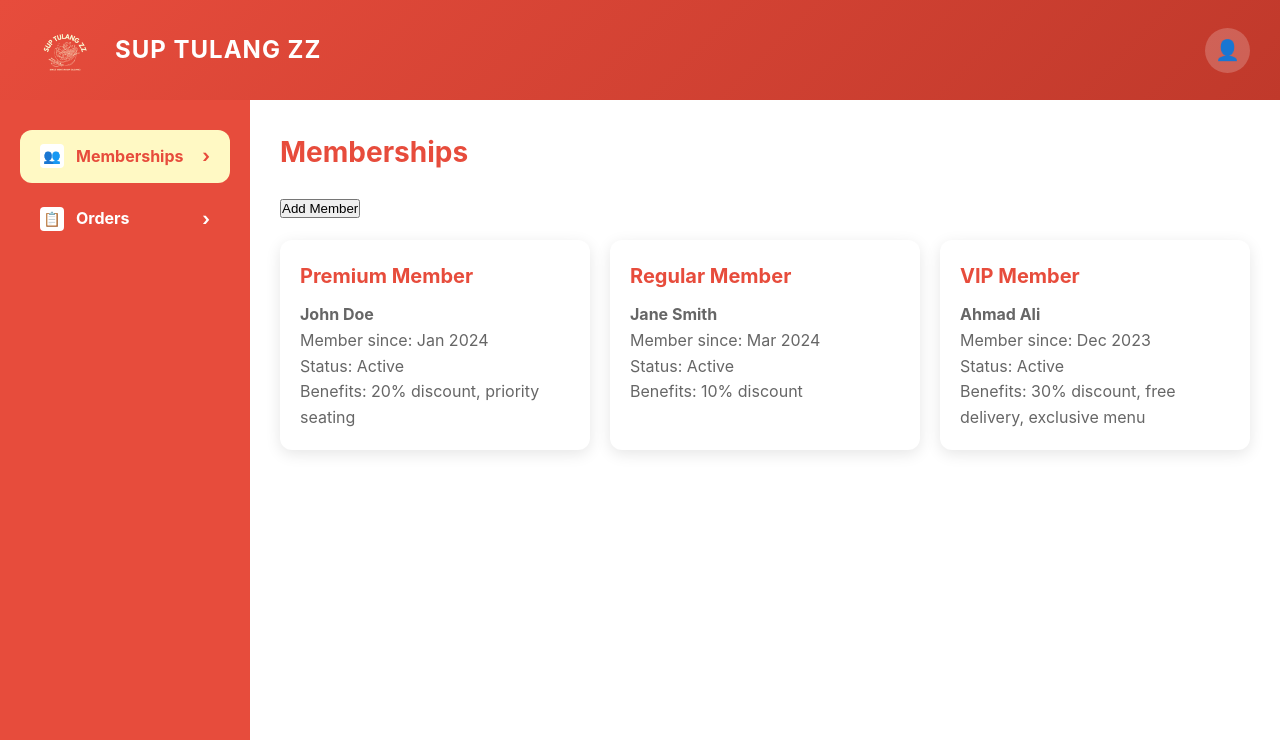
Repository: YIsheng2002/web-frontend
Page: view/Staff/dashboardstaff.html
These files come from the project's save history. The page is drawn as it stood at one moment and after the next save; the edit follows.
The browser window is 1280 px wide. The pictures show the whole page.

Above is the page before, as saved 2025-06-12 14:57:19.

### view/Staff/dashboardstaff.html
<!DOCTYPE html>
<html lang="en">

<head>
    <meta charset="UTF-8">
    <meta name="viewport" content="width=device-width, initial-scale=1.0">
    <title>SUP TULANG ZZ</title>
    <link rel="stylesheet" href="../Staff/assets/css/main.css">
    <link rel="stylesheet" href="../../assets/css/main.css">
    <link rel="stylesheet" href="./assets/css/dashboardStaff.css">
    <script src="./assets/javascript/dashboardStaff.js"></script>

</head>

<body>
    <!-- Header -->
    <header class="header">
        <div class="logo-section">
            <img src="../../assets/images/logo.png" alt="Logo" class="logo">
            <h1 class="brand-name">SUP TULANG ZZ</h1>
        </div>

        <div class="user-menu">
            <div class="user-avatar" onclick="toggleDropdown()">
                👤
            </div>
            <div class="dropdown-menu" id="userDropdown">
                <a href="#" class="dropdown-item" onclick="showProfile()">
                    👤 Profile
                </a>
                <a href="#" class="dropdown-item" onclick="showSettings()">
                    ⚙️ Settings
                </a>
                <a href="#" class="dropdown-item" onclick="showOrders()">
                    📋 Orders
                </a>
                <a href="#" class="dropdown-item" onclick="showReports()">
                    📊 Reports
                </a>
                <hr style="margin: 8px 0; border: none; border-top: 1px solid #eee;">
                <a href="#" class="dropdown-item danger" onclick="logout()">
                    🚪 Logout
                </a>
            </div>
        </div>
    </header>

    <div class =" dashboard-container">
         <!-- Sidebar -->
        <div class="sidebar">
            <ul class="sidebar-menu">
                <li class="sidebar-item">
                    <a href="#" class="sidebar-link active" onclick="showMembership(event)">
                        <div class="sidebar-icon">👥</div>
                        <span class="sidebar-text">Memberships</span>
                        <span class="sidebar-arrow">›</span>
                    </a>
                </li>
                <li class="sidebar-item">
                    <a href="#" class="sidebar-link" onclick="showOrders(event)">
                        <div class="sidebar-icon">📋</div>
                        <span class="sidebar-text">Orders</span>
                        <span class="sidebar-arrow">›</span>
                    </a>
                </li>
            </ul>
        </div>
        <!-- Main Content -->
        <div class="main-content active" id="membership">
            <h3>Memberships</h3>
            <button class="add-member-btn" onclick="addMember()">Add Member</button>

            <div class="membership-cards">
                <div class="membership-card">
                    <div class="membership-title">Premium Member</div>
                    <div class="membership-details">
                        <p><strong>John Doe</strong></p>
                        <p>Member since: Jan 2024</p>
                        <p>Status: Active</p>
                        <p>Benefits: 20% discount, priority seating</p>
                    </div>
                </div>
                <div class="membership-card">
                    <div class="membership-title">Regular Member</div>
                    <div class="membership-details">
                        <p><strong>Jane Smith</strong></p>
                        <p>Member since: Mar 2024</p>
                        <p>Status: Active</p>
                        <p>Benefits: 10% discount</p>
                    </div>
                </div>
                <div class="membership-card">
                    <div class="membership-title">VIP Member</div>
                    <div class="membership-details">
                        <p><strong>Ahmad Ali</strong></p>
                        <p>Member since: Dec 2023</p>
                        <p>Status: Active</p>
                        <p>Benefits: 30% discount, free delivery, exclusive menu</p>
                    </div>
                </div>
            </div>
        </div>
         <div class="main-content" id="orders">
            <h3>Orders</h3>
            <div class="order-list">
                <div class="order-item">
                    <span class="order-id">Order #12345</span>
                    <span class="order-status pending">Pending</span>
                </div>
                <div class="order-item">
                    <span class="order-id">Order #12346</span>
                    <span class="order-status completed">Completed</span>
                </div>
                <div class="order-item">
                    <span class="order-id">Order #12347</span>
                    <span class="order-status pending">Pending</span>
                </div>
                <div class="order-item">
                    <span class="order-id">Order #12348</span>
                    <span class="order-status cancelled">Cancelled</span>
                </div>
            </div>
        </div>

</body>

</html>

### view/Staff/assets/css/main.css
* {
    margin: 0;
    padding: 0;
    box-sizing: border-box;
}

body {
    font-family: -apple-system, BlinkMacSystemFont, 'Segoe UI', Roboto, sans-serif;
    line-height: 1.6;
    color: #333;
    background-color: #f5f5f5;
}

.btn-primary {
    background: linear-gradient(135deg, #667eea 0%, #764ba2 100%);
    color: white;
    border: none;
    padding: 12px 24px;
    border-radius: 8px;
    font-size: 16px;
    font-weight: 600;
    cursor: pointer;
    transition: all 0.3s ease;
    width: 100%;
}

.btn-primary:hover {
    transform: translateY(-2px);
    box-shadow: 0 8px 25px rgba(102, 126, 234, 0.3);
}

.btn-primary:active {
    transform: translateY(0);
}

### assets/css/main.css
:root{
    --primary-color: #DE4345;
    --secondary-color: #F8FAD4;
    --white-color: #FFFFFF;
    --header-font-color: #212121;
    --header6-font-color: #424242;
    --light-red: #FF7877;
}

* {
    margin: 0;
    padding: 0;
    box-sizing: border-box;
}

body {
    font-family: -apple-system, BlinkMacSystemFont, 'Segoe UI', Roboto, sans-serif;
    line-height: 1.6;
    color: var(--header6-font-color);
    background-color: #f5f5f5;
}

.btn-primary {
    background: linear-gradient(135deg, var(--primary-color) 0%, var(--light-red) 100%);
    color: white;
    border: none;
    padding: 12px 24px;
    border-radius: 8px;
    font-size: 16px;
    font-weight: 600;
    cursor: pointer;
    transition: all 0.3s ease;
    width: 100%;
}

.btn-primary:hover {
    transform: translateY(-5px);
    box-shadow: 0 8px 25px rgba(253, 114, 92, 0.22);
}

.btn-primary:active {
    transform: translateY(0);
}

/* Header Styles */
.header {
    background: linear-gradient(135deg, #e74c3c, #c0392b);
    color: white;
    padding: 15px 30px;
    display: flex;
    justify-content: space-between;
    align-items: center;
    box-shadow: 0 2px 10px rgba(0,0,0,0.1);
}

.logo-section {
    display: flex;
    align-items: center;
    gap: 15px;
}

.logo {
    width: 70px;
    height: 70px;
    display: flex;
    align-items: center;
    justify-content: center;
    font-weight: bold;
    font-size: 18px;
}

.brand-name {
    font-size: 28px;
    font-weight: bold;
    letter-spacing: 1px;
}

### view/Staff/assets/css/dashboardStaff.css
/* Reset and Base Styles - Using your main.css */


.brand-name {
    color: white;
    font-size: 24px;
    font-weight: bold;
}

/* User Menu */
.user-menu {
    position: relative;
}

.user-avatar {
    width: 45px;
    height: 45px;
    background: rgba(255, 255, 255, 0.2);
    border-radius: 50%;
    display: flex;
    align-items: center;
    justify-content: center;
    cursor: pointer;
    transition: all 0.3s ease;
    font-size: 20px;
    color: white;
}

.user-avatar:hover {
    background: rgba(255, 255, 255, 0.3);
    transform: scale(1.05);
}

.dropdown-menu {
    position: absolute;
    top: 100%;
    right: 0;
    background: white;
    border-radius: 12px;
    box-shadow: 0 10px 30px rgba(0, 0, 0, 0.15);
    padding: 12px 0;
    min-width: 180px;
    opacity: 0;
    visibility: hidden;
    transform: translateY(-10px);
    transition: all 0.3s ease;
    z-index: 1000;
    margin-top: 10px;
}

.dropdown-menu.show {
    opacity: 1;
    visibility: visible;
    transform: translateY(0);
}

.dropdown-item {
    display: block;
    padding: 12px 20px;
    color: #333;
    text-decoration: none;
    transition: background 0.3s ease;
    display: flex;
    align-items: center;
    gap: 10px;
}

.dropdown-item:hover {
    background: #f8f9fa;
}

.dropdown-item.danger:hover {
    background: #fee;
    color: #e74c3c;
}


/* Main Layout */
.dashboard-container {
    display: flex;
    height: calc(100vh - 80px);
}

/* Sidebar */
.sidebar {
    width: 250px;
    background-color: #e74c3c;
    padding: 20px 0;
}

.sidebar-menu {
    list-style: none;
    padding: 0;
    margin: 0;
}

.sidebar-item {
    margin: 10px 0;
    padding: 0 20px;
}

.sidebar-link {
    display: flex;
    align-items: center;
    justify-content: space-between;
    text-decoration: none;
    padding: 12px 20px;
    font-size: 16px;
    font-weight: bold;
    border-radius: 12px;
    transition: all 0.3s ease;
    color: #fff;
    background-color: transparent;
}

.sidebar-link:hover {
    background-color: rgba(255, 255, 255, 0.1);
}

.sidebar-link.active {
    background-color: #fff9c4;
    color: #e74c3c;
}

.sidebar-icon {
    width: 24px;
    height: 24px;
    margin-right: 12px;
    background: #fff;
    border-radius: 4px;
    display: flex;
    align-items: center;
    justify-content: center;
    font-size: 14px;
}

.sidebar-text {
    flex-grow: 1;
}

.sidebar-arrow {
    font-size: 18px;
    margin-left: 12px;
}

/* Main Content */
.main-content {
    flex: 1;
    padding: 30px;
    background: white;
    overflow-y: auto;
    display: none;
}

.main-content.active {
    display: block;
}

.main-content h3 {
    color: #e74c3c;
    margin-bottom: 20px;
    font-size: 28px;
}

/* Membership Content */
.membership-cards {
    display: grid;
    grid-template-columns: repeat(auto-fit, minmax(300px, 1fr));
    gap: 20px;
    margin-top: 20px;
}

.membership-card {
    background: white;
    border-radius: 12px;
    padding: 20px;
    box-shadow: 0 4px 15px rgba(0, 0, 0, 0.1);
    transition: transform 0.3s ease;
}

.membership-card:hover {
    transform: translateY(-5px);
}

.membership-title {
    font-size: 20px;
    font-weight: bold;
    color: #e74c3c;
    margin-bottom: 10px;
}

.membership-details {
    color: #666;
    line-height: 1.6;
}

/* Orders Content */
.order-list {
    margin-top: 20px;
}

.order-item {
    background: white;
    border-radius: 12px;
    padding: 20px;
    margin-bottom: 15px;
    box-shadow: 0 4px 15px rgba(0, 0, 0, 0.1);
    display: flex;
    justify-content: space-between;
    align-items: center;
    transition: transform 0.3s ease;
}

.order-item:hover {
    transform: translateY(-2px);
}

.order-id {
    font-weight: bold;
    color: #333;
}

.order-status {
    padding: 8px 16px;
    border-radius: 20px;
    font-size: 14px;
    font-weight: bold;
}

.order-status.pending {
    background: #fff3cd;
    color: #856404;
}

.order-status.completed {
    background: #d4edda;
    color: #155724;
}

.order-status.cancelled {
    background: #f8d7da;
    color: #721c24;
}

.add-membership-btn {
    background-color: #e74c3c;
    color:white;
    padding: 10px 20px;
    border: none;
    border-radius: 8px;
    font-size: 14px;
    font-weight: bold;
    cursor: pointer;
    transition: background-color 0.3s ease;
    float: right; /* This makes it right-aligned */
    margin-bottom: 20px;

}
.add-membership-btn:hover {
    background-color: #cf4436; /* slightly darker on hover */
}

.add-membership-btn:active {
    transform: translateY(1px);
}

/* Responsive Design */
@media (max-width: 768px) {
    .dashboard-container {
        flex-direction: column;
    }

    .sidebar {
        width: 100%;
        height: auto;
        padding: 10px 0;
    }

    .sidebar-menu {
        display: flex;
        overflow-x: auto;
    }

    .sidebar-item {
        flex: 0 0 auto;
        margin: 0 5px;
    }

    .main-content {
        padding: 20px;
    }

    .membership-cards {
        grid-template-columns: 1fr;
    }
}

### view/Staff/assets/javascript/dashboardStaff.js
// Dropdown functionality
function toggleDropdown() {
    const dropdown = document.getElementById('userDropdown');
    dropdown.classList.toggle('show');
}

// Close dropdown when clicking outside
document.addEventListener('click', function (event) {
    const userMenu = document.querySelector('.user-menu');
    const dropdown = document.getElementById('userDropdown');

    if (!userMenu.contains(event.target)) {
        dropdown.classList.remove('show');
    }
});

// Page navigation
function showPage(pageId, clickedElement) {
    // Hide all pages
    document.querySelectorAll('.main-content').forEach(page => {
        page.classList.remove('active');
    });

    // Show selected page
    const targetPage = document.getElementById(pageId);
    if (targetPage) {
        targetPage.classList.add('active');
    }

    // Remove active class from all sidebar links
    document.querySelectorAll('.sidebar-link').forEach(link => {
        link.classList.remove('active');
    });

    // Add active class to clicked element
    if (clickedElement) {
        clickedElement.classList.add('active');
    }
}

// Sidebar navigation functions
function showMembership(event) {
    event.preventDefault();
    showPage('membership', event.currentTarget);
}

function showOrders(event) {
    event.preventDefault();
    showPage('orders', event.currentTarget);
}

// User menu actions
function showProfile() {
    alert('Profile page - Coming soon!');
    toggleDropdown();
}

function showSettings() {
    alert('Settings page - Coming soon!');
    toggleDropdown();
}

function showOrdersFromDropdown() {
    showPage('orders');
    // Also update sidebar active state
    document.querySelectorAll('.sidebar-link').forEach(link => {
        link.classList.remove('active');
    });
    const ordersLink = document.querySelector('[onclick="showOrders(event)"]');
    if (ordersLink) {
        ordersLink.classList.add('active');
    }
    toggleDropdown();
}

function showReports() {
    alert('Reports page - Coming soon!');
    toggleDropdown();
}

function logout() {
    if (confirm('Are you sure you want to logout?')) {
        alert('Logged out successfully!');
        // Add your logout logic here
        // For example: window.location.href = '/login.html';
    }
    toggleDropdown();
}

// Initialize dashboard when page loads
document.addEventListener('DOMContentLoaded', function() {
    console.log('Dashboard loaded successfully!');

    // You can add any initialization code here
    // For example, loading data from API, setting up event listeners, etc.
});

// Utility function to add new membership card
function addMembershipCard(memberData) {
    const membershipCards = document.querySelector('.membership-cards');
    const cardHTML = `
        <div class="membership-card">
            <div class="membership-title">${memberData.type} Member</div>
            <div class="membership-details">
                <p><strong>${memberData.name}</strong></p>
                <p>Member since: ${memberData.joinDate}</p>
                <p>Status: ${memberData.status}</p>
                <p>Benefits: ${memberData.benefits}</p>
            </div>
        </div>
    `;
    membershipCards.insertAdjacentHTML('beforeend', cardHTML);
}

// Utility function to add new order
function addOrderItem(orderData) {
    const orderList = document.querySelector('.order-list');
    const orderHTML = `
        <div class="order-item">
            <span class="order-id">Order #${orderData.id}</span>
            <span class="order-status ${orderData.status.toLowerCase()}">${orderData.status}</span>
        </div>
    `;
    orderList.insertAdjacentHTML('beforeend', orderHTML);
}

// Example usage:
// addMembershipCard({
//     type: 'Gold',
//     name: 'Sarah Johnson',
//     joinDate: 'May 2024',
//     status: 'Active',
//     benefits: '25% discount, free appetizer'
// });

// addOrderItem({
//     id: '12349',
//     status: 'Completed'
// });

After the next save:
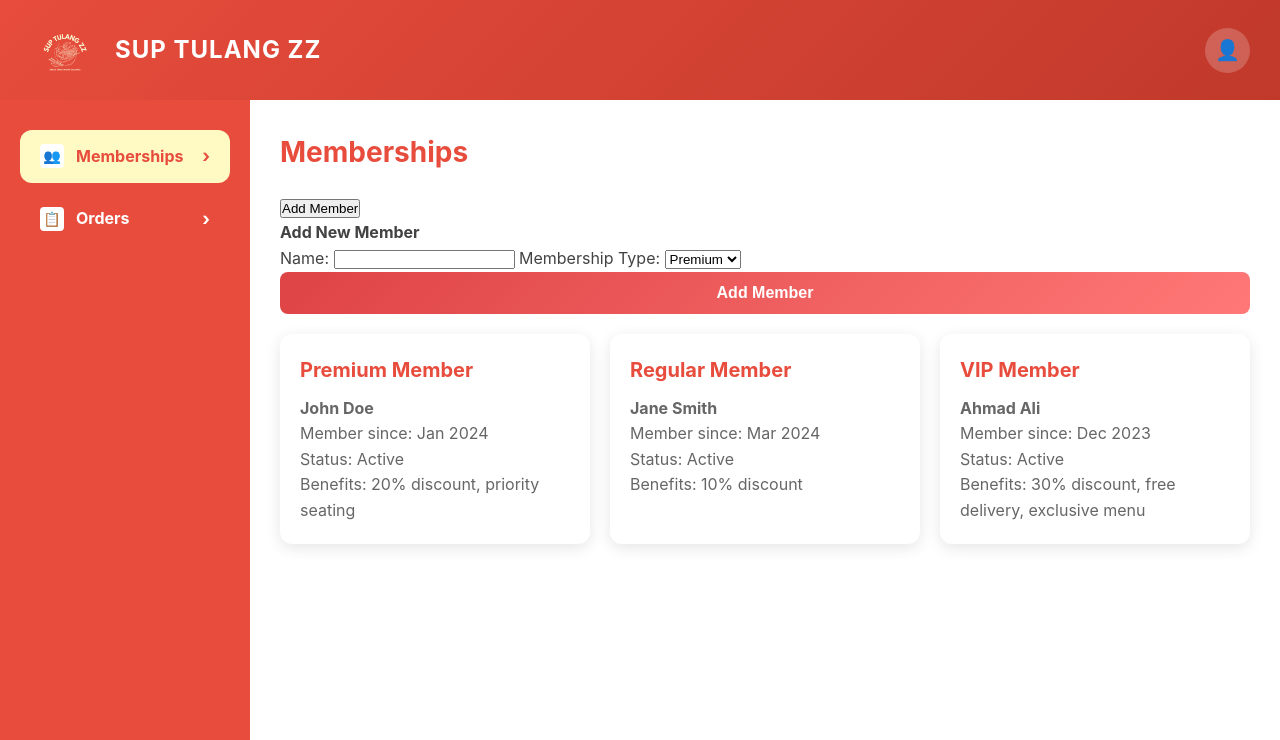
Saved 25 min 52 s later.
--- a/view/Staff/dashboardstaff.html
+++ b/view/Staff/dashboardstaff.html
@@ -69,6 +69,19 @@
         <div class="main-content active" id="membership">
             <h3>Memberships</h3>
             <button class="add-member-btn" onclick="addMember()">Add Member</button>
+            <div id="membershipForm" class="membership-form hidden">
+                <h4>Add New Member</h4>
+                <form id="addMemberForm">
+                    <label for="memberName">Name:</label>
+                    <input type="text" id="memberName" name="memberName" required>
+                    <label for="memberType">Membership Type:</label>
+                    <select id="memberType" name="memberType" required>
+                        <option value="premium">Premium</option>
+                        <option value="regular">Regular</option>
+                        <option value="vip">VIP</option>
+                    </select>
+                    <button type="submit" class="btn-primary">Add Member</button>
+                </form>
 
             <div class="membership-cards">
                 <div class="membership-card">
